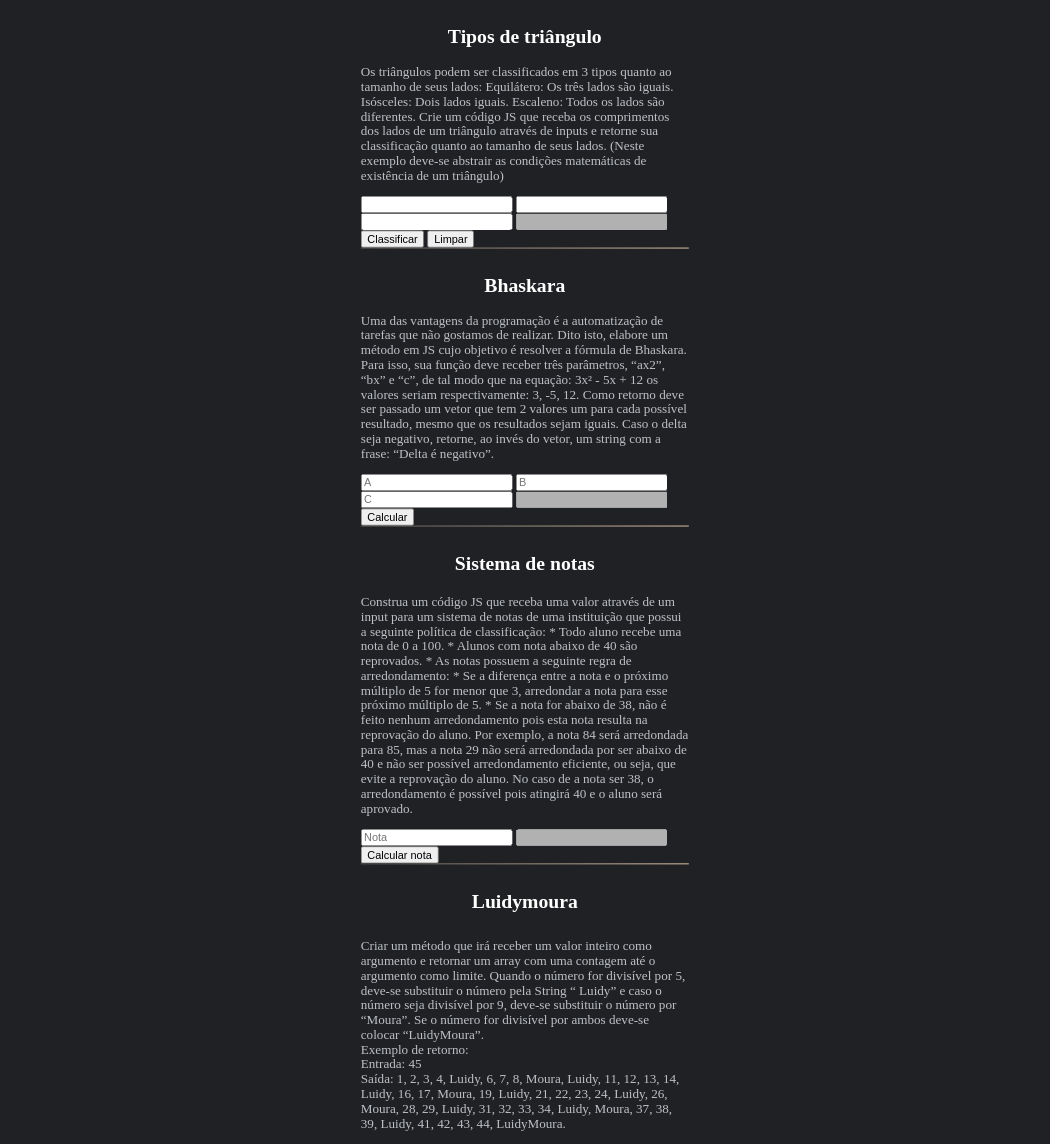
Repository: viviij/Fun-es-Simples-JavaScript
Page: index.html
These files come from the project's save history. The page is drawn as it stood at one moment and after the next save; the edit follows.
The browser window is 1280 px wide. The pictures show the whole page, at 82% of full size.

Above is the page before, as saved 2022-08-26 14:15:48.

After the next save:
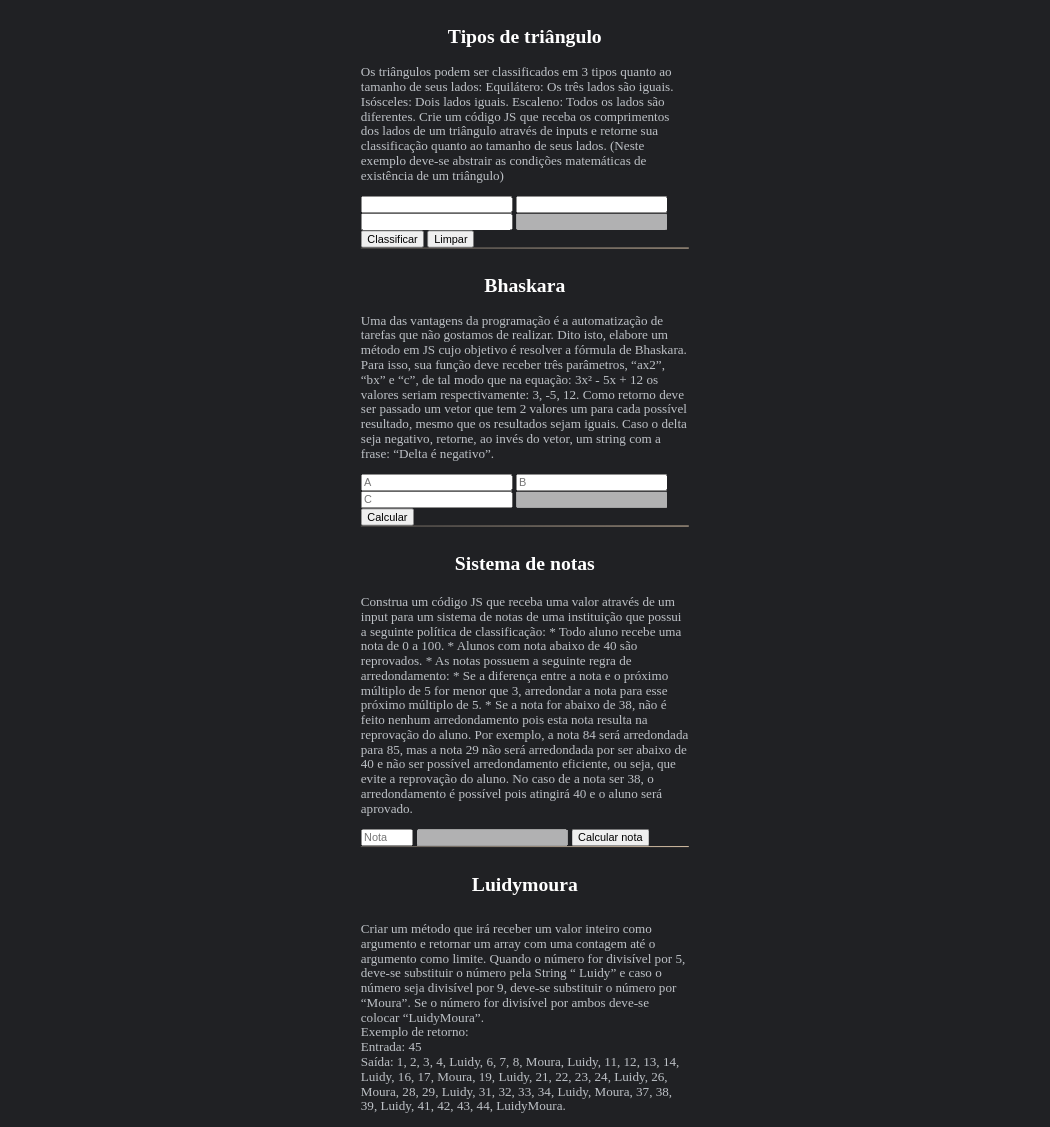
Saved 42 s later.
--- a/index.html
+++ b/index.html
@@ -75,7 +75,7 @@
           No caso de a nota ser 38, o arredondamento é possível pois atingirá 40 e o aluno será aprovado.</p>
         </header>
         <div class="main">
-          <input type="number" name="notaRecebida" id="notaRecebida" placeholder="Nota"/>
+          <input type="number" name="notaRecebida" id="notaRecebida"  min="0" max="100" placeholder="Nota"/>
 
           <input type="text" name="arredondamentoNota" id="arredondamentoNota" disabled/>
 
